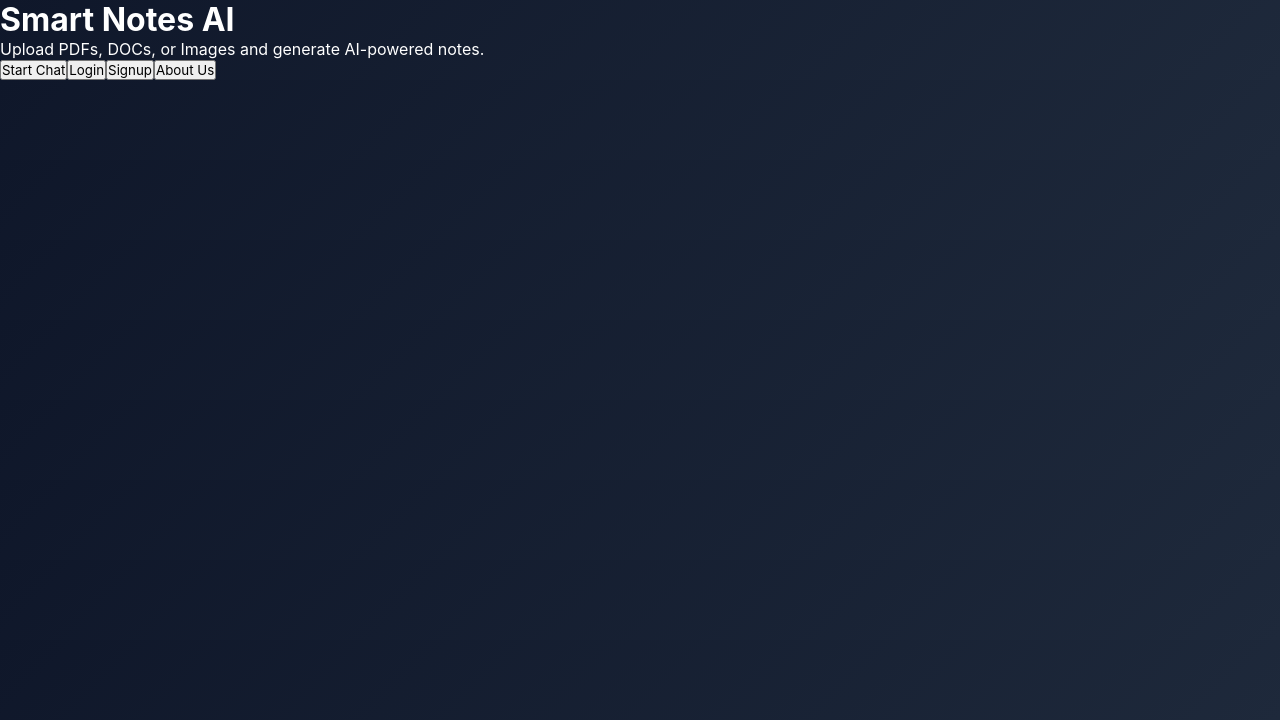
Repository: Nikhilesh-Attal/smart-notes-ai
Page: / (app in frontend/)
The author's editor kept a copy of each file at every save. The page is drawn from the files as they stood at one save, then again after a run of saves.
The browser window is 1280 px wide. The pictures show the whole page.
The project was rebuilt for these pictures with package versions that can differ from the ones it lists, and the page was loaded fresh each time. Also part of the build but not shown: frontend/vite.config.ts, frontend/src/pages/chat.css, frontend/src/pages/chat.tsx, frontend/src/pages/auth.css, frontend/src/pages/Login.tsx, frontend/src/pages/Signup.tsx, frontend/src/pages/About.tsx.

Above is the page before, as saved 2026-02-24 15:49:38.

After the next 2 saves:
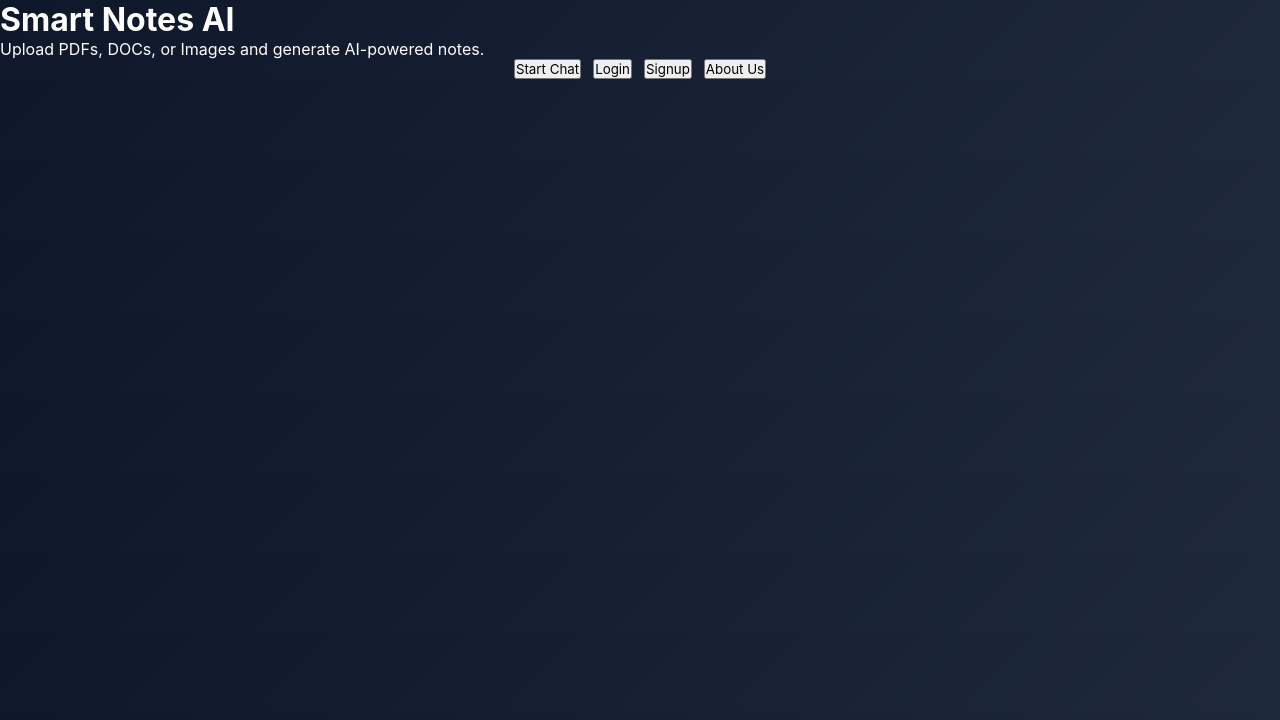
The 2 saves are shown as one change because they came seconds apart.
The last was saved 24 s later.
--- a/frontend/src/pages/Home.css
+++ b/frontend/src/pages/Home.css
@@ -37,3 +37,76 @@
 .home-button:hover {
   background-color: #2563eb;
 }
+
+.home-container {
+  height: 100vh;
+  display: flex;
+  flex-direction: column;
+  justify-content: center;
+  align-items: center;
+  background-color: var(--bg-light); /* Light background */
+  color: var(--text-main);
+  text-align: center;
+  padding: 20px;
+}
+
+.home-card {
+  background: white;
+  padding: 3rem;
+  border-radius: 12px;
+  box-shadow: 0 10px 25px rgba(0, 0, 0, 0.05);
+  border: 1px solid #e3e6f0;
+}
+
+.home-title {
+  font-size: 3rem;
+  font-weight: 800;
+  color: var(--bg-dark); /* Using #2f3237 here */
+  margin-bottom: 1rem;
+}
+
+.home-subtitle {
+  font-size: 1.1rem;
+  color: #5a5c69;
+  margin-bottom: 2rem;
+  max-width: 500px;
+}
+
+.home-buttons {
+  display: flex;
+  gap: 12px;
+  justify-content: center;
+  flex-wrap: wrap;
+}
+
+.btn-primary {
+  padding: 12px 24px;
+  font-weight: 600;
+  border: none;
+  border-radius: 8px;
+  background-color: var(--bg-dark); /* #2f3237 */
+  color: #f8f9fc;
+  cursor: pointer;
+  transition: all 0.2s ease;
+}
+
+.btn-primary:hover {
+  background-color: #40444b;
+  transform: translateY(-1px);
+}
+
+.btn-outline {
+  padding: 12px 24px;
+  font-weight: 600;
+  border: 2px solid var(--bg-dark);
+  border-radius: 8px;
+  background-color: transparent;
+  color: var(--bg-dark);
+  cursor: pointer;
+  transition: all 0.2s ease;
+}
+
+.btn-outline:hover {
+  background-color: var(--bg-dark);
+  color: white;
+}
